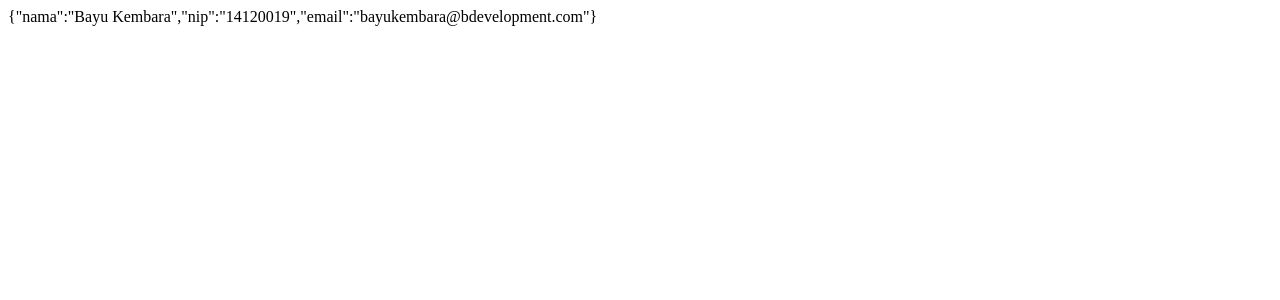
Repository: bayukembara/RESTAPI
Page: http://localhost/latihan1.php
An editor plug-in stored every save of this project. The page is shown before and after the next save, followed by the edit.
The browser window is 1280 px wide. The pictures show the whole page.
The page is run by PHP 8.4 with error messages shown; the project is at /var/www/html/.

Above is the page before, as saved 2022-04-28 15:43:01.

### latihan1.php
<?php

$mahasiswa = [
  "nama" => "Bayu Kembara",
  "nip" => "14120019",
  "email" => "bayukembara@bdevelopment.com"
];

// var_dump($mahasiswa);

$data = json_encode($mahasiswa);

echo $data;

After the next save:
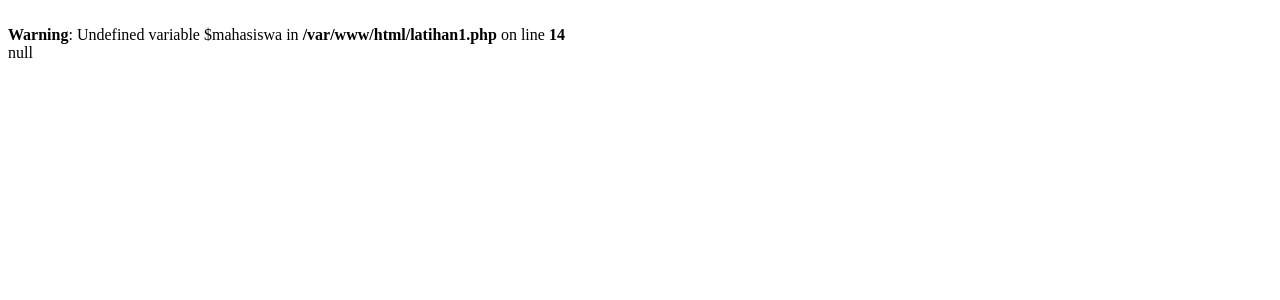
Saved 17 min 54 s later.
--- a/latihan1.php
+++ b/latihan1.php
@@ -1,12 +1,15 @@
 <?php
 
-$mahasiswa = [
-  "nama" => "Bayu Kembara",
-  "nip" => "14120019",
-  "email" => "bayukembara@bdevelopment.com"
-];
+// $mahasiswa = [
+//   "nama" => "Bayu Kembara",
+//   "nip" => "14120019",
+//   "email" => "bayukembara@bdevelopment.com"
+// ];
 
 // var_dump($mahasiswa);
+
+
+$dbhandler = new PDO('mysql:host=localhost;dbname=phpdasar','root','');
 
 $data = json_encode($mahasiswa);
 
